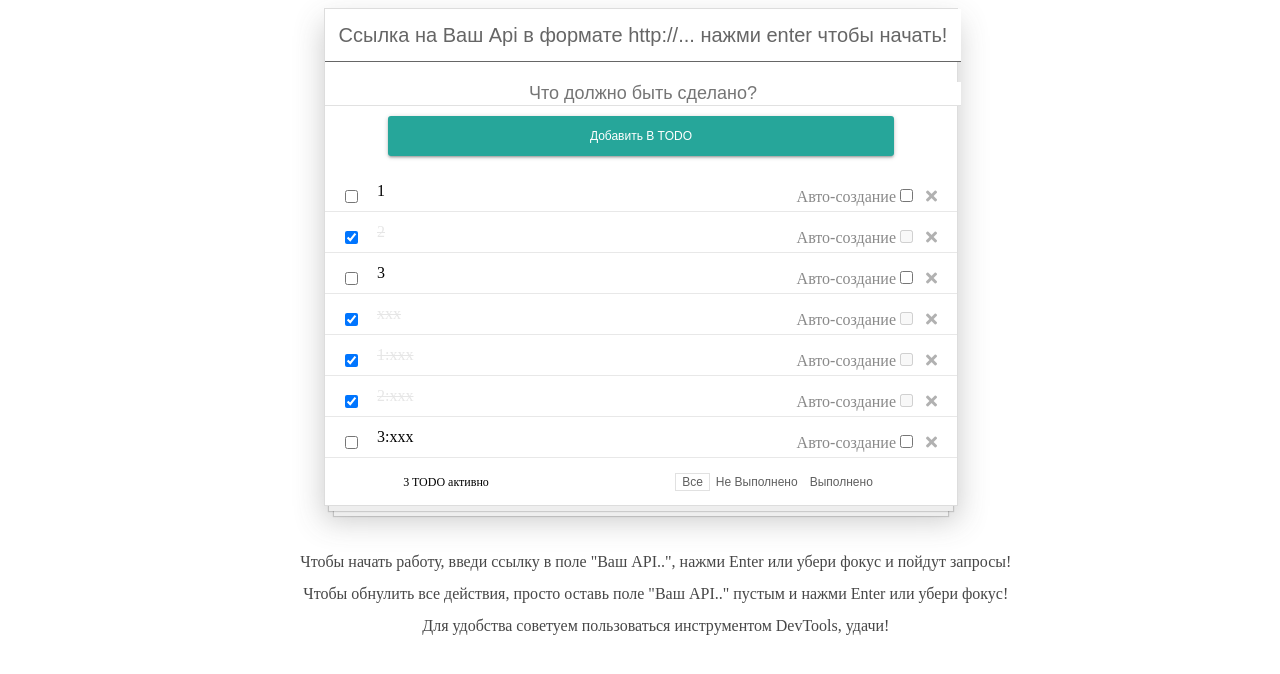
Repository: AntonBrock/taskTodo_for-backend
Page: /
The author's editor kept a copy of each file at every save. The page is drawn from the files as they stood at one save, then again after the next save.
The browser window is 1280 px wide. The pictures show the whole page.
Some web libraries are served in a nearby version. The project was rebuilt for these pictures with package versions that can differ from the ones it lists, and the page was loaded fresh each time.

Above is the page before, as saved 2019-04-30 10:54:42.

### public/index.html
<!DOCTYPE html>
<html lang="en">
  <head>
    <meta charset="utf-8">
    <meta http-equiv="X-UA-Compatible" content="IE=edge">
    <meta name="viewport" content="width=device-width,initial-scale=1.0">
    <link rel="stylesheet" href="https://use.fontawesome.com/releases/v5.8.1/css/all.css" integrity="sha384-50oBUHEmvpQ+1lW4y57PTFmhCaXp0ML5d60M1M7uH2+nqUivzIebhndOJK28anvf" crossorigin="anonymous">
    <link rel="icon" href="<%= BASE_URL %>favicon.ico">
    <title>todolist-vue</title>
  </head>
  <body>
    <noscript>
      <strong>We're sorry but todolist-vue doesn't work properly without JavaScript enabled. Please enable it to continue.</strong>
    </noscript>
    <div id="app"></div>
    <!-- built files will be auto injected -->
  </body>
</html>

### src/main.js
import Vue from 'vue'
import store from './store/index'
import Vuex from 'vuex'
import App from './App.vue'

Vue.config.productionTip = false

Vue.use(Vuex)

new Vue({
  store,
  render: h => h(App),
}).$mount('#app')

### src/store/index.js
import Vue from 'vue'
import Vuex from 'vuex'
import urlForm from '../views/todolist/_store'

Vue.use(Vuex)

export default new Vuex.Store({
    modules: {
        urlForm
    }
})

### src/App.vue
<template lang="pug">
  #app
    Todolist
    .helpContainer
      p.helpText Чтобы начать работу, введи ссылку в поле "Ваш API..", нажми Enter или убери фокус и пойдут запросы! <br> Чтобы обнулить все действия, просто оставь поле "Ваш API.." пустым и нажми Enter или убери фокус! <br> Для удобства советуем пользоваться инструментом DevTools, удачи!
</template>

<script>
import Todolist from './views/todolist/Index.vue'

export default {
  name: 'app',
  components: {
    Todolist
  }
}
</script>

<style lang="stylus">
  .helpContainer
    margin-top 40px
    text-align center
    margin-left 22%
  .helpText
    width 75%
    color: #474747
    font-size 16px
    line-height 2
</style>

### src/views/todolist/_store/index.js
import state from "./state";
import * as getters from "./getters";
import * as mutations from "./mutations";
import * as actions from "./actions";

export default {
  namespaced: true,
  state,
  getters,
  mutations,
  actions
};

### src/views/todolist/Index.vue
<template lang="pug">
  .main-container(v-cloak)
    ApiForm
    div
      input.todo-input(type='text', placeholder='Что должно быть сделано?', v-model='firstTodo' @keyup.enter='newTodo')
      button.btn(v-on:click='addNewTodo') Добавить В TODO

      Todo(v-for='(todo, index) in todosFiltered', :key='todo.id', :todo="todo" :index='index')
      .extra-container
        .extra-container_numInList {{ remaining }} TODO активно
        div
          button(v-bind:class="{ active: filter == 'all' }", v-on:click=" filter = 'all'") Все
          button(v-bind:class="{ active: filter == 'active' }", v-on:click=" filter = 'active'") Не Выполнено
          button(v-bind:class="{ active: filter == 'completed' }", v-on:click=" filter = 'completed'") Выполнено
          //- button(@click='filterTodoList') Очистить завершенные
</template>

<script>
import ApiForm from "./_components/ApiForm.vue"
import Todo from "./_components/Todo.vue"
import { mapActions, mapGetters } from "vuex"
import todoApi from "./_api/todoApi.js"

export default {
  data () {
    return {
      id: 8,
      firstTodo: '',
      filter: 'all',
      error: false,
      a: ''
    }
  },
  created() {
    this.a = JSON.parse(localStorage.getItem('todos'))
    if('todos' in localStorage) {
      this.updateTodoList(this.a)
    }
  },
  mounted(){
    this.id = this.getTodos.length+1
    // Отправка при включении TODO + сразу отправка всех активных TODO
  if (this.getUrl.length > 3) {
    todoApi.getTodos('all')
      .then(response => {
        this.todos = response.data
        console.log(response);
      })
    . catch(error => {
        console.log(error);
        console.warn('Ошибка запроса при отправке всех TODO, скорее всего сервер не ответил!')
      })
    }
  },
  computed: {
    ...mapGetters({
      getTodos: 'urlForm/getTodos',
      getUrl: 'urlForm/getUrl'
    }),
    remaining() {
      return this.getTodos.filter(todo => !todo.completed).length
    },
    updateId() {
      this.id = this.getTodos.length += 1
    },
    todosFiltered() {
      if (this.filter == 'all') {
        // Отправка при выборе фильтра "Все" (Активные)
      if (this.getUrl.length > 3 ) {
          todoApi.getTodos('all')
          .then(done => {
            console.log(done)
            console.log(this.getTodos);
          })
          .catch( error => {
            console.log(error)
            console.warn('Ошибка запроса, при выборе "Все", скорее всего сервер не ответил!')
            console.log(this.getTodos);
          })
      }
        // console.log(this.getTodos);
        return this.getTodos

      } else if (this.filter == 'active') {
        return this.getTodos.filter(todo => !todo.completed)
      } else if (this.filter == 'completed') {

      if (this.getUrl.length > 3) {
          todoApi.getTodos('completed')
          .then(done => {
            console.log(done)
          })
          .catch( error => {
            console.log(error)
            console.warn('Ошибка запроса, при выборе "Выполненые", скорее всего сервер не ответил!')
          })
      }

        console.log(this.getTodos);
          return this.getTodos.filter(todo => todo.completed)
      }
    }
  },
  methods: {
    ...mapActions({
      // filterTodoList: 'urlForm/filterTodoList',
      updateTodoList: "urlForm/updateTodoList",
      pushTodoList: "urlForm/pushTodoList"
    }),
    addNewTodo() {
      let data = {
        id: this.id++,
        title: this.firstTodo,
        completed: false,
        autocreate: false,
        editing: false
      }

      if(this.firstTodo.trim().length == 0) {
        return
      }
      // отправка при добавлении нового TODO
      if (this.getUrl.length > 3) {
        todoApi.postTodo(data.title, data.completed, data.autocreate)
        .then(() => {
          console.log('ok');
          localStorage.setItem('todos', JSON.stringify(this.getTodos))
        })
        .catch(error => {
          console.warn('Ошибка запроса при добавлении нового TODO, скорее всего сервер не ответил!')
          localStorage.setItem('todos', JSON.stringify(this.getTodos)) //нужно ли добавлять в lS что-то если работает с APi?
        })
      }
      // this.getTodos.push(data)
      this.pushTodoList(data)
      localStorage.setItem('todos', JSON.stringify(this.getTodos))
      this.firstTodo = ''
    },
    // добавление по enter
    newTodo() {
      let data = {
        id: this.id++,
        title: this.firstTodo,
        completed: false,
        autocreate: false,
        editing: false
      }
      if(this.firstTodo.trim().length == 0) {
        return
      }
      // отправка при добавлении нового TODO
      if (this.getUrl.length > 3) {
        todoApi.postTodo(data)
        .then(() => {
          console.log('ok');
          // this.getTodos.push(data)
          localStorage.setItem('todos', JSON.stringify(this.getTodos))
        })
        .catch(error => {
          console.warn('Ошибка запроса при добавлении нового TODO, скорее всего сервер не ответил!')
          localStorage.setItem('todos', JSON.stringify(this.getTodos))
        })
      }

      localStorage.setItem('todos', JSON.stringify(this.getTodos))
      this.getTodos.push(data) // добавили в todo ( но запросы не должны идти)
      this.firstTodo = ''
      this.idForTodo++
    },
  },
  components: {
    ApiForm,
    Todo
  }
}

</script>

<style lang="stylus">
  [v-cloak]
    display none

  .main-container
    border 1px solid #DDDDDD
    width 50%
    margin-left 25%
    box-shadow 0 10px 0 -5px #eee,
               0 10px 1px -4px rgba(0,0,0,0.15),
               0 20px 0 -10px rgb(238, 238, 238),
               0 20px 1px -9px rgba(0,0,0,0.15),
               0 14px 28px rgba(75, 75, 75, 0.30)

  .extra-container
    display flex
    align-items center
    justify-content space-around
    font-size 12px
    padding-top 5px
    margin-bottom 14px

  .extra-container_numInList
    margin-right 30px
    font-size 12px

  button
    font-size 12px
    background-color white
    appearance none
    border none
    outline none
    color rgb(95, 95, 95)
    &:hover
      background rgba(211, 211, 211, 0.363)
    &:focus
      outline none

  .active
    background #fff
    border 1px solid #E1E1E1

  .remove-item
    margin-right 20px

  .remove
    margin-left: 10px
    opacity .3
    transition all 0.2s ease-in-out !important
    &:hover
      opacity .9
      color#E11010
      transition all 0.2s ease-in-out !important

  .auto_created
    font-size 1rem
    color rgba(102, 102, 102, 0.767)

  .btn
    border-radius 3px
    margin-bottom 25px
    width 80%
    margin-left 10%
    height 40px
    color #fff
    background-color #26a69a
    text-align center
    letter-spacing .5px
      -webkit-transition background-color .2s ease-out
    transition background-color .2s ease-out
    cursor pointer
    box-shadow 0 2px 2px 0 rgba(0,0,0,.14),
               0 3px 1px -2px rgba(0,0,0,.12),
               0 1px 5px 0 rgba(0,0,0,.2)
    &:hover
      background-color #46b6abe3!important
</style>

### src/views/todolist/_store/state.js
export default {
    url: '',
    todos: [
      {
        'id': 1,
        'title': 1,
        'completed': false,
        'autocreate': false,
      },
      {
        'id': 2,
        'title': 2,
        'completed': true,
        'autocreate': false,
      },
      {
        'id': 3,
        'title': 3,
        'completed': false,
        'autocreate': false,
      },
      {
        'id': 4,
        'title': 'xxx',
        'completed': true,
        'autocreate': false,
      },
      {
        'id': 5,
        'title': '1:xxx',
        'completed': true,
        'autocreate': false,
      },
      {
        'id': 6,
        'title': '2:xxx',
        'completed': true,
        'autocreate': false,
      },
      {
        'id': 7,
        'title': '3:xxx',
        'completed': false,
        'autocreate': false,
      },
    ],
    todosStatic: [
    {
      'id': 1,
      'title': 1,
      'completed': false,
      'autocreate': false,
    },
    {
      'id': 2,
      'title': 2,
      'completed': true,
      'autocreate': false,
    },
    {
      'id': 3,
      'title': 3,
      'completed': false,
      'autocreate': false,
    },
    {
      'id': 4,
      'title': 'xxx',
      'completed': true,
      'autocreate': false,
    },
    {
      'id': 5,
      'title': '1:xxx',
      'completed': true,
      'autocreate': false,
    },
    {
      'id': 6,
      'title': '2:xxx',
      'completed': true,
      'autocreate': false,
    },
    {
      'id': 7,
      'title': '3:xxx',
      'completed': false,
      'autocreate': false,
    },
  ]
}

### src/views/todolist/_store/getters.js
export const getUrl= state => state.url;
export const getTodos = state => state.todos;
export const getStaticTodos = state => state.todosStatic;

### src/views/todolist/_store/mutations.js
export const UPDATE_URL = state => state.url;
export const UPDATE_TODOS = state => state.todos;
export const CHANGE_TODOS = state => state.todos;

### src/views/todolist/_store/actions.js
export function updateUrl ({ commit, state }, payload) {
    state.url = payload
    commit("UPDATE_URL");
}

export function updateTodo ({ commit }, payload) {
    payload.completed = !payload.completed
    commit("UPDATE_TODOS");
}

export function updateTodoList ({ commit, state }, payload) {
    state.todos = payload
    localStorage.setItem('todos', JSON.stringify(state.todos))
    commit("UPDATE_TODOS");
}

export function pushTodoList ({ commit, state }, payload) {
    state.todos.push(payload)
    localStorage.setItem('todos', JSON.stringify(state.todos))
    commit("UPDATE_TODOS");
}

export function filterTodoList ({ commit, state }) {
    state.todos = state.todos.filter(todo => !todo.completed)
    localStorage.setItem('todos', JSON.stringify(state.todos))
    commit("UPDATE_TODOS");
}

### src/views/todolist/_components/ApiForm.vue
<template lang="pug">
  .form(v-cloak='')
    input.inputForUrl(v-model='url',
                      type='text',
                      @blur='updateTodos(url)',
                      @keyup.enter='updateTodos_enter(url)'
                      placeholder="Ссылка на Ваш Api в формате http://... нажми enter чтобы начать!"
                      :url = "url")
</template>

<script>
import { mapActions, mapGetters } from "vuex";
import todoApi from "../_api/todoApi.js";
import { setTimeout, setInterval, clearInterval } from 'timers';

export default {
  data() {
    return {
      url: "",
      filter: 'all',
      a: '',
      setTime:''
    }
  },

  //осталась одна логика. Если при перезагрузки в API пусто, то нужно вернут статику - а не пустой todo,
  // но если в дэмо режиме, то обновление должно выдавать список наш
  created(){
  this.a = JSON.parse(localStorage.getItem('todos'))

  },
  computed: {
    ...mapGetters({
      getUrl: "urlForm/getUrl",
      getTodos: 'urlForm/getTodos',
      getStaticTodos: 'urlForm/getStaticTodos'
    })
  },
  methods: {
    ...mapActions({
      updateUrl: "urlForm/updateUrl",
      updateTodoList: "urlForm/updateTodoList"
    }),
    updateTodos(url) {
    //получение всех todo при обновлении url ссылки
    this.updateUrl(url)
    if(this.url.length > 3 ){
        this.updateTodoList([])
        this.updateTodos_enter(url)
        // todoApi.getTodos(this.filter)
        // .then(response => {
        //   this.updateTodoList(response.data)
        //   console.log(response);
        // })
        // .catch(error => {
        //   console.log(error)
        //   console.warn('Ошибка запроса при отправки всех TODO, скорее всего сервер не ответил')
        // });
    // console.warn('Был установлен ваш Url')
    }

    if(this.url.length <= 3 ) {
        this.updateTodoList(this.getStaticTodos)
        this.id = 8
        clearInterval(this.setTime)
        console.warn('Сcылка должна быть от 4х символов и нажмите enter, чтобы начать!')
    }
  },
    updateTodos_enter(url) {
    //получение всех todo при обновлении url ссылки(по enter)
    this.updateUrl(url)
    if(this.url.length > 3 ){

      this.updateTodoList([])
      this.setTime = setInterval(() => {
        todoApi.getTodos(this.filter)
        .then(response => {
          this.updateTodoList(response.data)
          console.log(response);
        })
        .catch(error => {
          console.log(error)
          console.warn('Ошибка запроса при отправки всех TODO, скорее всего сервер не ответил')
        })
      }, 5000)
    console.warn('Был установлен ваш Url')
    }

    if(this.url.length <= 3 ) {
        this.updateTodoList(this.getStaticTodos)
        this.id = 8
        clearInterval(this.setTime)
        console.warn('Сcылка должна быть от 4х символов и нажмите enter, чтобы начать!')
    }
  }
  }
};

</script>

<style lang="stylus">
.inputForUrl
  border-bottom 1px solid #666!important
  margin-bottom 20px
  text-align center
  border none
  width 100%
  height 50px
  font-size 20px
  &::placeholder
    color #666
    font-size 20px
    opacity 1
    transition: 0.2s ease-in-out !important;
		will-change: transform, opacity;

  &:focus::placeholder{
    opacity 0
    transition: 0.2s ease-in-out !important;
		will-change: transform, opacity;
  }
</style>

### src/views/todolist/_components/Todo.vue
<template lang="pug">
  .todo-item
    .todo-item-left
      input.todoInput(type='checkbox',  @click='completeTodo(todo)', :checked='todo.completed')
      div.todo-item-label(v-if='!todo.editing',  v-on:dblclick="changeTodo(todo)" v-bind:class='{ completed : todo.completed }') {{ todo.title }}
      input.todo-item-edit(v-else type="text" v-model="todo.title" @blur="doneEdit(todo)" @keyup.enter="doneEdit(todo)" @keyup.esc="cancelEdit(todo)")
    .remove-item
      label.auto_created Авто-создание
      input(type='checkbox', :disabled="todo.completed", :checked="todo.autocreate" @click='checkIt(todo)')
      i.fas.fa-times.remove(@click='removeItem(index)')
</template>

<script>
import todoApi from "../_api/todoApi.js";
import { mapActions, mapGetters } from "vuex";
import { setInterval, clearInterval } from "timers";

export default {
  data() {
    return {
      beforeEditCache: ''
    };
  },
  props: ["todo", "index", "url"],
  created() {
    localStorage.setItem("todos", JSON.stringify(this.getTodos));
  },
  computed: {
    ...mapGetters({
      getTodos: "urlForm/getTodos",
      getUrl: "urlForm/getUrl"
    })
  },
  methods: {
    ...mapActions({
      updateTodo: "urlForm/updateTodo",
      changeTodo: "urlForm/changeTodo"
    }),
    completeTodo(todo) {
      // Отправка при выборе фильтра "Выполнено"
      if (this.getUrl.length > 3) {
        todoApi
          .editTodo(todo.id)
          .then(() => {
            console.info("Удачно");
          })
          .catch(() => {
            console.warn("Ошибка запроса при зачеркивание TODO, скорее всего сервер не ответил!");
          });
      }

      this.updateTodo(todo);
      localStorage.setItem("todos", JSON.stringify(this.getTodos));
    },
    checkIt(todo) {
      todo.autocreate = !todo.autocreate;

      if (this.getUrl.length > 3) {
        todoApi
          .editTodo(this.todo.id)
          .then(() => {
            console.info("Удачно");
          })
          .catch(() => {
            console.log(this.getTodos);
            console.warn("Ошибка запроса при выборе 'Авто-создание', скорее всего сервер не ответил");
          });
      }
      localStorage.setItem("todos", JSON.stringify(this.getTodos));
    },
    removeItem(index) {
      // отправка удаленного id - todo
      if (this.getUrl.length > 3) {
        todoApi
          .deleteTodo(index)
          .then(() => {
            console.info("Удачно");
          })
          .catch(error => {
            console.warn(error);
            console.warn('Ошибка запроса при удалении TODO, скорее всего сервер не ответил!')
          });
      }
      this.getTodos.splice(index, 1);
      localStorage.setItem("todos", JSON.stringify(this.getTodos));
    },

    // тут редактирование TODO + сохранение в TODO
    changeTodo(todo){
      if(this.todo.completed){
        return
      }

      this.beforeEditCache = todo.title
      todo.editing = true;
      localStorage.setItem("todos", JSON.stringify(this.getTodos));

    },
    doneEdit(todo) {
      if(todo.title.trim() == '') {
        todo.title = this.beforeEditCache
       this.changeTodo(todo);
      }
      todo.editing = false;
      localStorage.setItem("todos", JSON.stringify(this.getTodos));

      if (this.getUrl.length > 3) {
        //тут запрос, на сколько верен не знаю. Он взят с авто-создания, сомнения, что отправляет autocreate, хотя такой же patch
      todoApi
        .editTodo(this.todo.id)
        .then(() => {
          console.info("Удачно");
        })
        .catch(() => {
          console.log(this.getTodos);
          console.warn("Ошибка запроса при изменении 'Названия TODO' , скорее всего сервер не ответил");
        });
      }
    },
    cancelEdit(todo) {
      todo.title = this.beforeEditCache
      todo.editing = false;
      this.changeTodo(todo);
    },
  }
};
</script>

<style lang="stylus">
.todo-input {
  width: 100%;
  border: none;
  margin-bottom: 10px;
  border-bottom: 1px solid rgba(102, 102, 102, 0.192);
  font-size: 18px;
  transition: 0.2s ease-in-out !important;
  text-align: center;
  outline: none;

  &:placeholder {
    color: rgba(145, 145, 145, 0.795);
    opacity: 1;
    transition: 0.2s ease-in-out !important;
  }

  will-change: transform, opacity;

  &:focus::placeholder {
    opacity: 0;
    transition: 0.2s ease-in-out !important;
  }

  will-change: transform, opacity;

  &:focus-webkit-input-placeholder {
    opacity: 0;
    transition: 0.2s ease-in-out !important;
    will-change: transform, opacity;
  }

  &:-webkit-input-placeholder {
    transition: 0.2s ease-in-out !important;
    will-change: transform, opacity;
  }

  &:-moz-placeholder {
    transition: all 0.2s ease-in-out !important;
    will-change: opacity;
    /* Firefox 19+ */
  }

  &:-moz-placeholder {
    transition: all 0.2s ease-in-out !important;
    will-change: transform, opacity;
    /* Firefox 18- */
  }

  &:-ms-input-placeholder {
    transition: all 0.2s ease-in-out !important;
    will-change: transform, opacity;
  }
}

.todo-item {
  width: 100%;
  margin-bottom: 10px;
  display: flex;
  justify-content: space-between;
  align-items: center;
  border-bottom: 1px solid rgba(226, 226, 226, 0.767);
}

.todoInput {
  margin-left: 20px;
}

.todo-item-label {
  margin-bottom: 10px;
}

.todo-item-left {
  display: flex;
  align-items: center;
}

.todo-item-label {
  padding: 0px;
  border: 1px solid white;
  margin-left: 15px;
}

.todo-item-edit {
  width: 50%;
  border: 1px solid rgba(102, 102, 102, 0.192);
  font-size: 18px;
  padding: 10px 18px;
  margin-bottom: 20px;
  transition: 0.2s ease-in-out !important;

  &:focus {
    outline: none;
  }

  &:focus-webkit-input-placeholder {
    opacity: 0;
    transition: 0.2s ease-in-out !important;
    will-change: transform, opacity;
  }

  &:-webkit-input-placeholder {
    transition: 0.2s ease-in-out !important;
    will-change: transform, opacity;
  }

  &:-moz-placeholder {
    transition: all 0.2s ease-in-out !important;
    will-change: transform, opacity;
    /* Firefox 19+ */
  }

  &:-moz-placeholder {
    transition: all 0.2s ease-in-out !important;
    will-change: transform, opacity;
    /* Firefox 18- */
  }

  &:-ms-input-placeholder {
    transition: all 0.2s ease-in-out !important;
    will-change: transform, opacity;
  }
}

.completed {
  text-decoration: line-through;
  color: #E1E1E1;
  opacity: 0.8;
}
</style>

### src/views/todolist/_api/todoApi.js
// import Api from '@/api/Api'
import axios from 'axios'
import state from '../_store/state'

const todoApi = {
  getTodos (filter) {
    return axios.get(`${state.url}/todos`, {
      // возвращает отфильтрованный или неотфильтрованный список
      type: filter
    })
  },
  postTodo (title, completed, autocreate) {
    return axios.post(`${state.url}/todos`, {
      title: title,
      completed: completed,
      autocreate: autocreate
    })
  },
  editTodo (id) {
    return axios.patch(`${state.url}/todos/${id}`)
  },
  deleteTodo (id) {
    return axios.delete(`${state.url}/todos/${id}`)
  }
}
export default todoApi

After the next save:
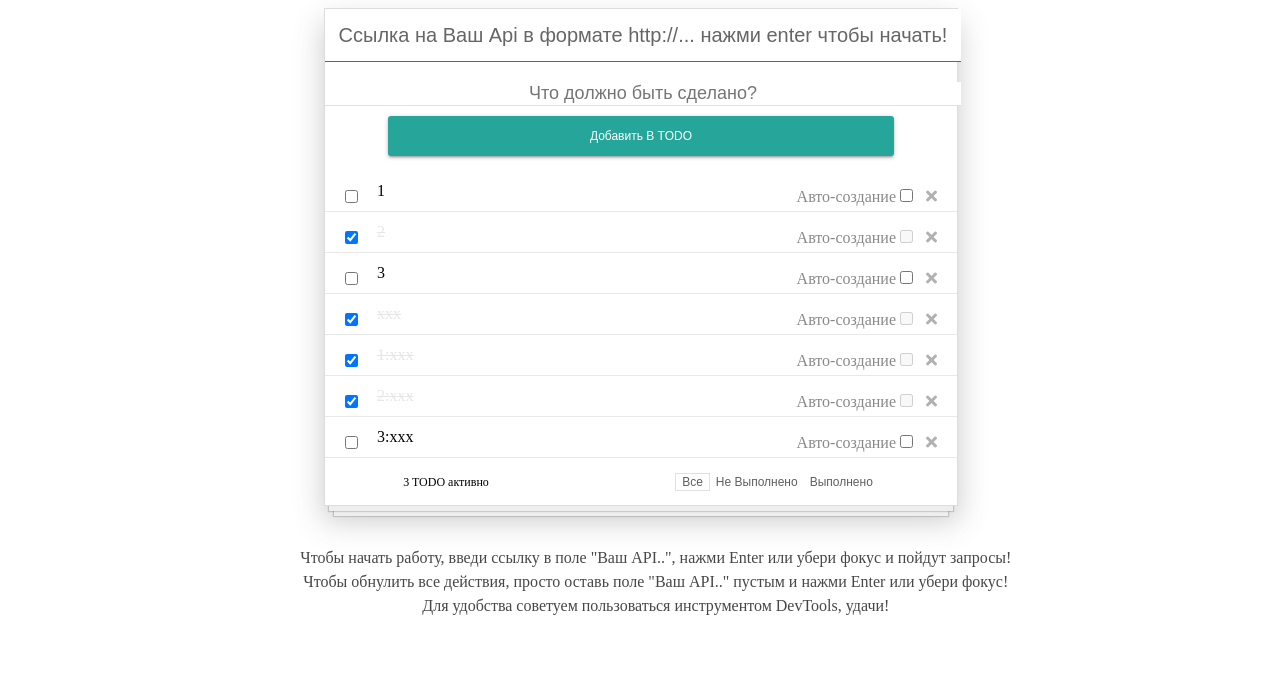
Saved 4 s later.
--- a/src/App.vue
+++ b/src/App.vue
@@ -25,5 +25,5 @@ export default {
     width 75%
     color: #474747
     font-size 16px
-    line-height 2
+    line-height 1.5
 </style>
